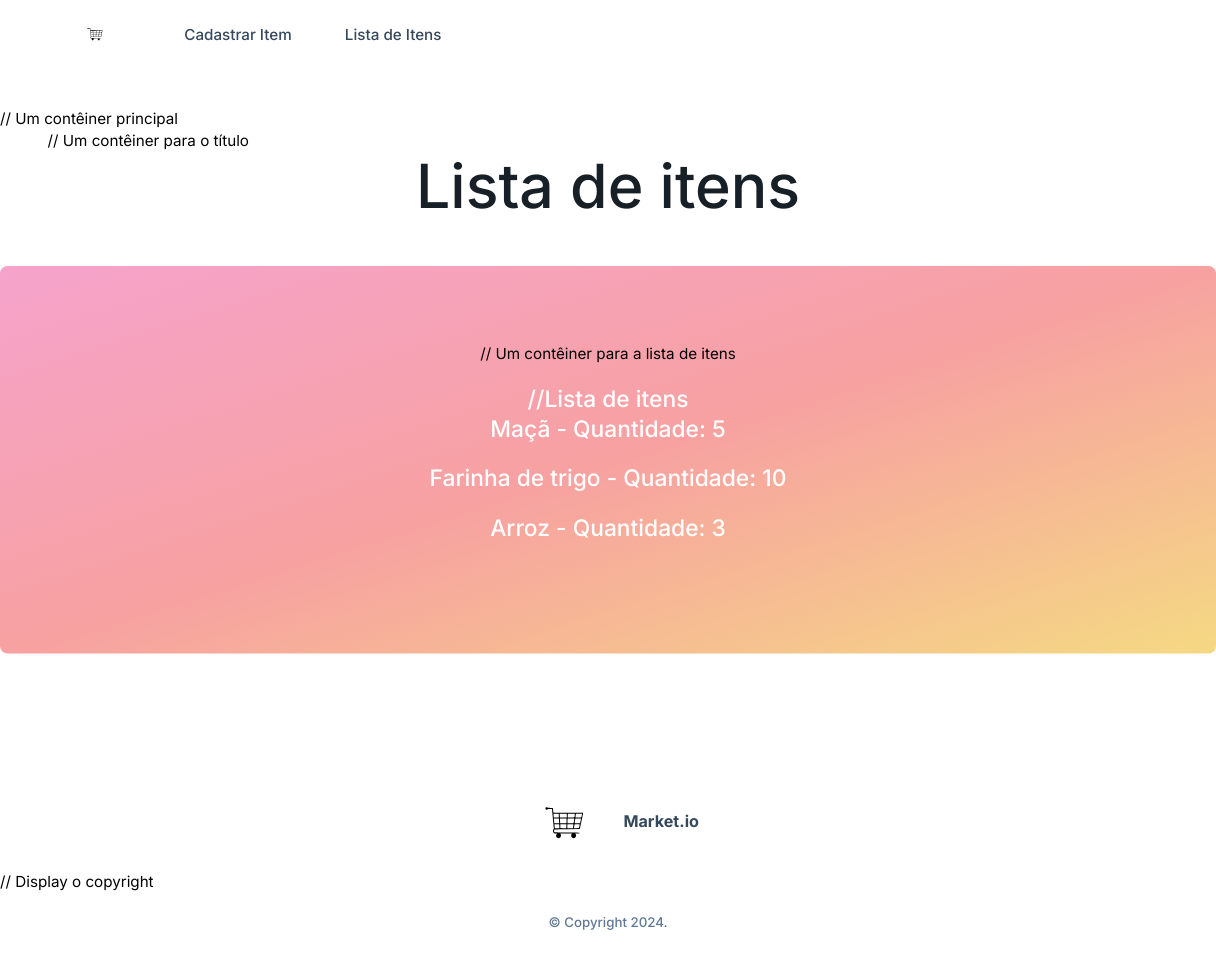
Repository: saraalves09/Avaliacao-01
Page: /list
An editor plug-in stored every save of this project. The page is shown before and after the next save, followed by the edit.
The browser window is 1280 px wide. The pictures show the whole page, at 95% of full size.
The project was rebuilt for these pictures with package versions that can differ from the ones it lists, and the page was loaded fresh each time. The framework's server and built-in components were replaced by stand-ins that run in the browser. Also part of the build but not shown: next.config.mjs.

Above is the page before, as saved 2024-04-24 14:10:04.

After the next save:
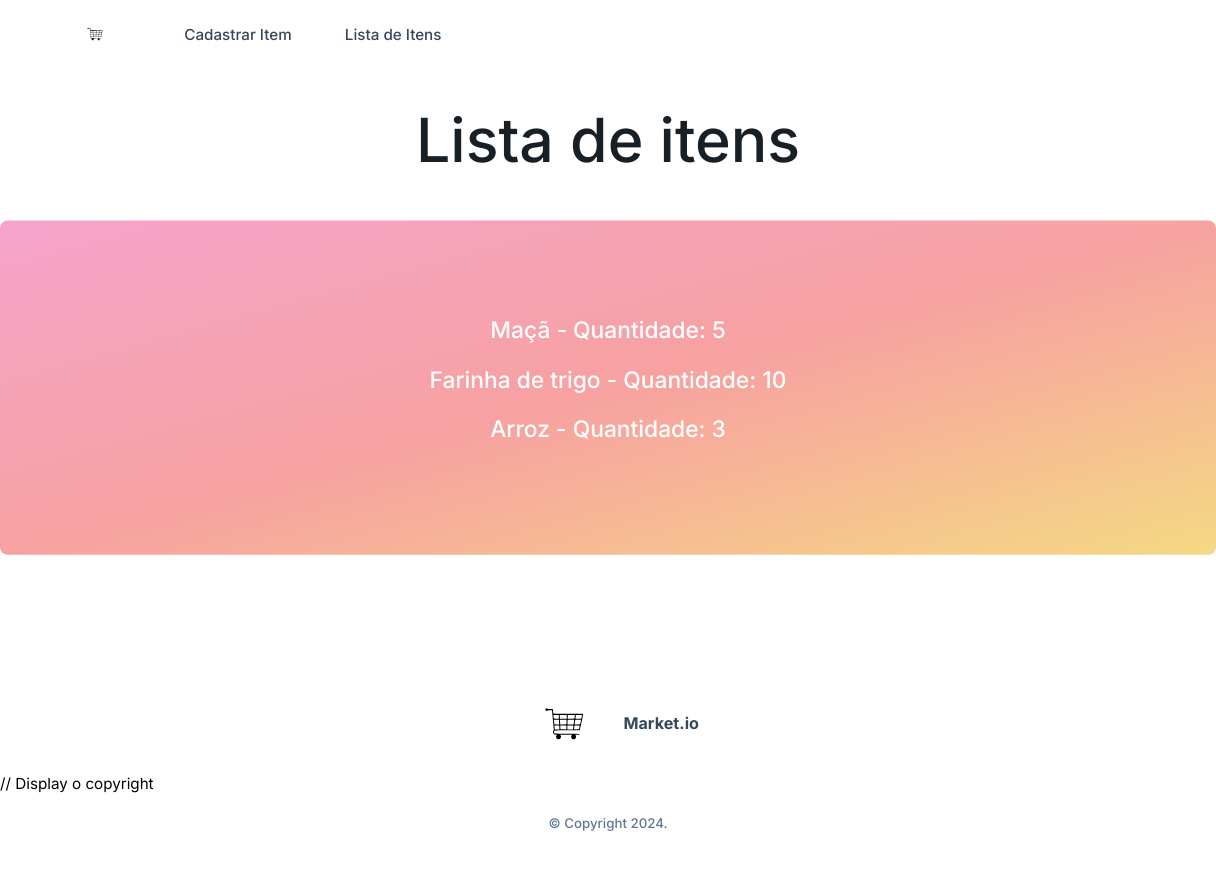
Saved 68 s later.
--- a/app/components/List.tsx
+++ b/app/components/List.tsx
@@ -1,17 +1,17 @@
 // Esta é uma função chamada List que retorna um componente em JSX.
 export function List() {
   return (
-    <div className="pt-4 lg:pt-10"> // Um contêiner principal
-      <div className="px-[20px] lg:px-[50px]"> // Um contêiner para o título
+    <div className="pt-4 lg:pt-10">  {/* Um contêiner principal */}
+      <div className="px-[20px] lg:px-[50px]"> {/* Um contêiner para o título */}
         <h1 className="text-center text-[32px] leading-[40px] font-medium text-[#172026] lg:text-[64px] lg:leading-[72px]">
           Lista de itens
         </h1>
       </div>
       <div className="w-full rounded-lg bg-gradient-to-br from-pink-500/50 via-red-500/50 to-yellow-500/50 py-8 px-4 text-center lg:my-12 lg:px-10 lg:py-20">
-        // Um contêiner para a lista de itens
+        {/* Um contêiner para a lista de itens */}
         <div className="flex justify-center text-center text-[20px] text-white text-lg lg:text-2xl font-medium mb-2 lg:mb-4">
           <ul style={{ marginTop: '20px', paddingInlineStart: '0' }}>
-            //Lista de itens
+            {/* Lista de itens */}
             <li style={{ marginBottom: '20px' }}>Maçã - Quantidade: 5</li>
             <li style={{ marginBottom: '20px' }}>Farinha de trigo - Quantidade: 10</li>
             <li style={{ marginBottom: '20px' }}>Arroz - Quantidade: 3</li>
